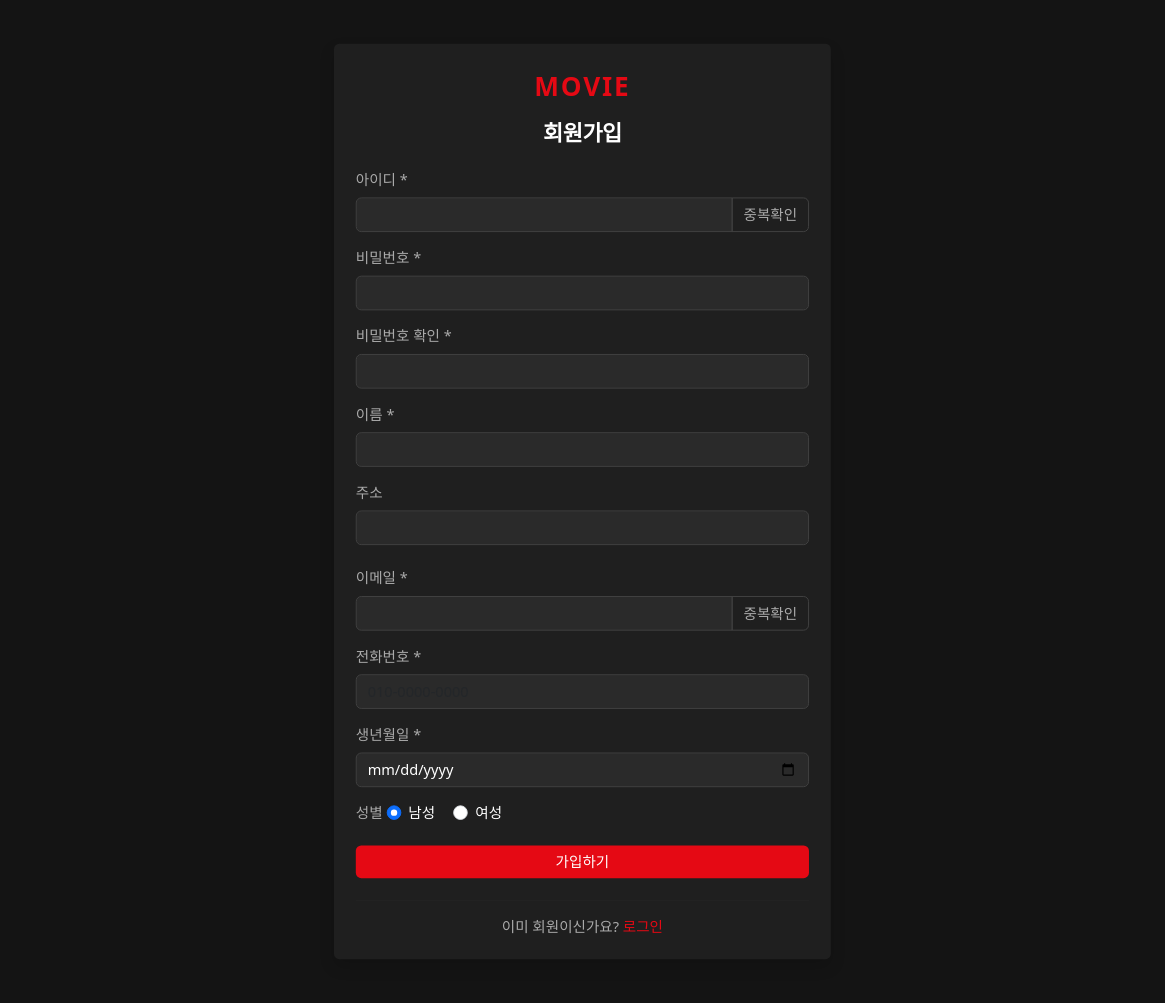
Repository: Se-Jong-Park/InsideReview
Page: http://localhost/moviejoin/WEB-INF/views/user/form.jsp
An editor plug-in stored every save of this project. The page is shown before and after the next save, followed by the edit.
The browser window is 1280 px wide. The pictures show the whole page, at 91% of full size.
The page is served by Tomcat 9. Nobody is signed in. Other server files are loaded and not shown. The template is opened directly, without the code that normally fills it, so the values that code supplies are empty.

Above is the page before, as saved 2026-03-19 02:08:41.

### moviejoin/src/main/webapp/WEB-INF/views/user/form.jsp
<%@ page language="java" contentType="text/html; charset=UTF-8" pageEncoding="UTF-8"%>
<%@ taglib prefix="c" uri="http://java.sun.com/jsp/jstl/core" %>
<!DOCTYPE html>
<html>
<head>
<!-- jquery cnd -->
 <script src="https://code.jquery.com/jquery-2.2.4.min.js" integrity="sha256-BbhdlvQf/xTY9gja0Dq3HiwQF8LaCRTXxZKRutelT44=" crossorigin="anonymous"></script>
<script src="//t1.daumcdn.net/mapjsapi/bundle/postcode/prod/postcode.v2.js"></script>
<meta charset="UTF-8">
<title>회원가입</title>
<link rel="stylesheet" href="https://cdn.jsdelivr.net/npm/bootstrap@5.3.0/dist/css/bootstrap.min.css">
<style>
    body {background-color:#141414; color: white; }
    .card {background-color: #1f1f1f; border: none;}
    .form-label{color: #aaa;}
    .form-check-label{color: white;}
    .form-control{
        background-color: #2a2a2a;
        border: 1px solid #444;
        color: white;
    }
    .form-control:focus {
        background-color: #2a2a2a;
        border-color: #E50914;
        color: white;
        box-shadow: none;
    }
    .form-label{color: #aaa;}
    .btn-netflix{
        background-color: #E50914;
        color: white;
        border: none;
    }
    .btn-netflix:hover{background-color: #b20710; color: white;} /* 오타 수정: backround -> background */
    .btn-outline-gray{
        background-color: transparent;
        border: 1px solid #444;
        color: #aaa;
    }
    .btn-outline-gray:hover{background-color: #2a2a2a; color: white;} /* 오타 수정: btn. -> .btn- */
    .logo{color: #E50914; font-size: 1.8rem; font-weight: bold; letter-spacing: 2px;}
    a{color: #E50914; text-decoration: none;}
    a:hover {color: #b20710;}
    small{color:#888;}
     	h4.text-center{
 		color: #ffffff !important;
 		font-weight: 700;
 		margin-top: 1px;
 		margin-bottom: 30px;
 		letter-spacing: -0.5px;
 	}
</style>
</head>
<body>

<div class="container py-5">
    <div class="row justify-content-center">
        <div class="col-md-6">
            <div class="card shadow p-4"> <div class="text-center mb-3">
                    <span class="logo">MOVIE</span>
                </div>
                <h4 class="text-center mb-4">회원가입</h4>

                <c:if test="${not empty msg}">
                    <div class="alert alert-danger">${msg}</div>
                </c:if>

                <form action="${pageContext.request.contextPath}/user/join" method="post"> <div class="mb-3">
                    <label class="form-label">아이디 *</label>
                    <div class="input-group">
                        <input type="text" name="uid" id="uid" class="form-control" maxlength="15" required>
                        <button type="button" class="btn btn-outline-gray" onclick="IdCheck()">중복확인</button>
                    </div>
                    <small id="idMsg"></small>
                </div>

                <div class="mb-3">
                    <label class="form-label">비밀번호 *</label>
                    <input type="password" name="upw" id="upw" class="form-control" required>
                </div>

                <div class="mb-3">
                    <label class="form-label">비밀번호 확인 *</label>
                    <input type="password" id="upwConfirm" class="form-control" required>
                </div>

                <div class="mb-3">
                    <label class="form-label">이름 *</label>
                    <input type="text" name="uname" class="form-control" maxlength="15" required>
                </div>
                <div class="mb-4">
                    <label class="form-label">주소</label>
                    <input type="text" name="uaddr" id="uaddr" class="form-control" onclick="searchAddr()" readonly> </div>
                <div class="mb-3">
                    <label class="form-label">이메일 *</label>
                    <div class="input-group">
                        <input type="email" name="umail" id="umail" class="form-control" maxlength="50" required>
                        <button type="button" class="btn btn-outline-gray" onclick="mailCheck()">중복확인</button> </div>
                    <small id="mailMsg"></small>
                </div>

                <div class="mb-3">
                    <label class="form-label">전화번호 *</label>
                    <input type="text" name="uphone" class="form-control" maxlength="13" placeholder="010-0000-0000" required>
                </div>
                <div class="mb-3">
                    <label class="form-label">생년월일 *</label>
                    <input type="date" name="ubirth" class="form-control" required>
                </div>
                <div class="mb-3">
                    <label class="form-label">성별</label>
                    <div class="form-check form-check-inline">
                        <input type="radio" name="ugender" value="M" class="form-check-input" id="male" checked>
                        <label class="form-check-label" for="male">남성</label>
                    </div>
                    <div class="form-check form-check-inline">
                        <input type="radio" name="ugender" value="F" class="form-check-input" id="female">
                        <label class="form-check-label" for="female">여성</label>
                    </div>
                </div>

                <div class="d-grid">
                    <button type="submit" class="btn btn-netflix" onclick="return validateForm()">가입하기</button>
                </div>
                </form>
                <hr style="border-color: #333;" class="mt-4">
                <p class="text-center mb-0" style="color: #aaa;">
                	이미 회원이신가요? <a href="/user/logForm">로그인</a>
                </p>
			</div>
        </div>
    </div>
</div>

<script>
function IdCheck() {
	var uid = document.getElementById('uid').value.trim();
	if(!uid){alert('아이디를 입력하세요.'); return;}
	fetch('/user/IdCheck?uid=' + encodeURIComponent(uid))
		.then(function(r) {return r.text();})
		.then(function(data) {
			var el = document.getElementById('idMsg');
			if(data === 'available'){
				el.style.color = '#5cb85c';
				el.innerText = '사용 가능한 아이디입니다.';
			}else{
				el.style.color = '#E50914';
				el.innerText = '이미 사용 중인 아이디입니다.';
			}
		});

}
function mailCheck() {
	var umail = document.getElementById('umail').value.trim();
	if(!umail) {alert('이메일을 입력하세요.'); return;}
	fetch('/user/mailCheck?umail=' + encodeURIComponent(umail))
		.then(function(r) {return r.text();})
		.then(function (data) {
			var el = document.getElementById('mailMsg');
			if(data === 'available'){
				el.style.color = '#5cb85c';
				el.innerText = '사용 가능한 이메일입니다.';
			}else{
				el.style.color = '#E50914';
				el.innerText = '이미 등록된 이메일입니다.';
			}
		});
}

function validateForm() {
	var upw = document.getElementById('upw').value;
	var confirm = document.getElementById('upwConfirm').value;
	if(upw !== confirm){
		alert('비밀번호가 일치하지 않습니다.');
		return false;
	}
	return true;
}
function searchAddr() {
	new daum.Postcode({
		oncomplete : function(data) {
			var addr = data.roadAddress;
			document.getElementById("uaddr").value = addr;
		}
	}).open();
}
</script>

</body>
</html>

After the next save:
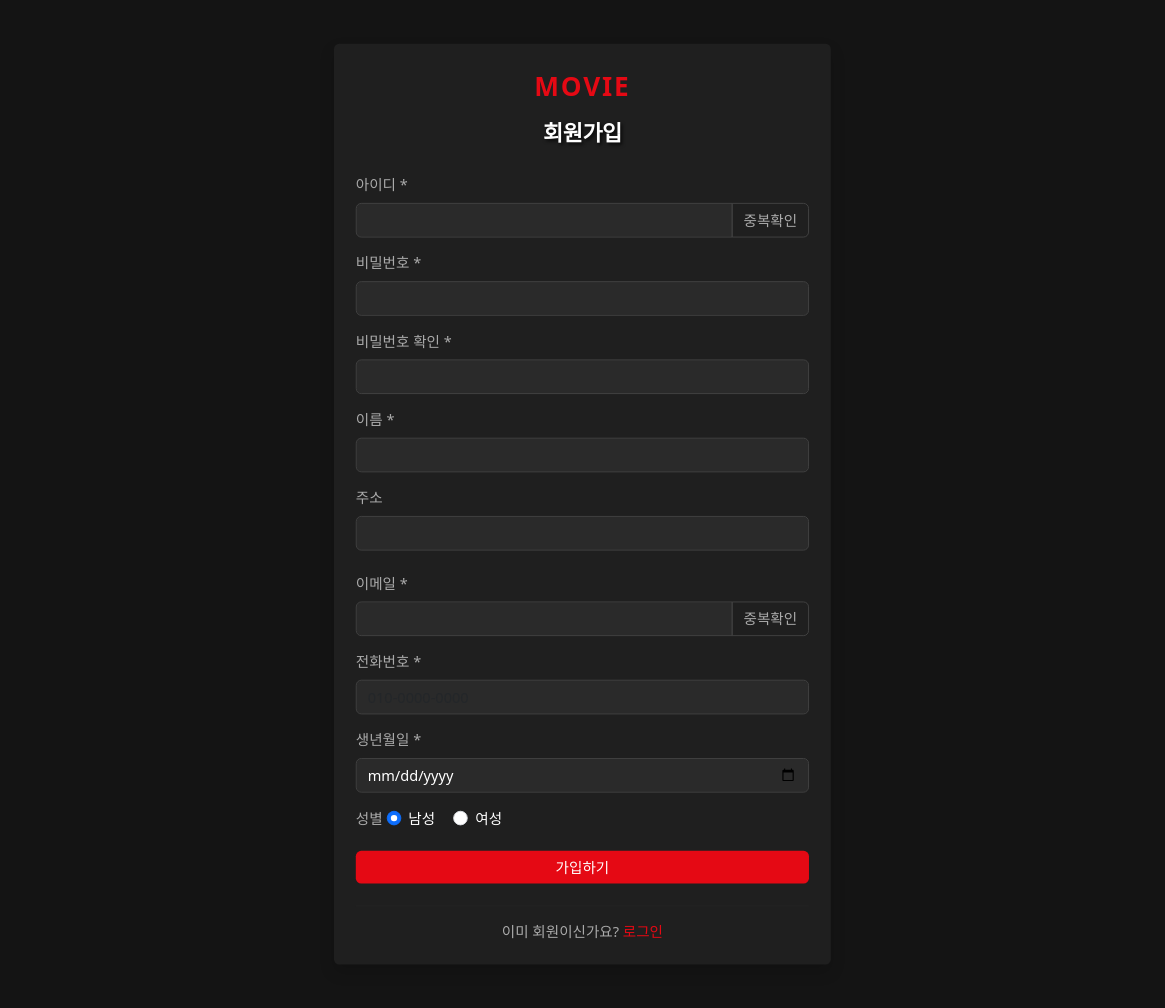
Saved 4 min 45 s later.
--- a/moviejoin/src/main/webapp/WEB-INF/views/user/form.jsp
+++ b/moviejoin/src/main/webapp/WEB-INF/views/user/form.jsp
@@ -44,9 +44,10 @@
     small{color:#888;}
      	h4.text-center{
  		color: #ffffff !important;
- 		font-weight: 700;
+ 		font-weight: 800;
+ 		text-shadow: 2px 2px 4px rgba(0,0,0,0.8);
  		margin-top: 1px;
- 		margin-bottom: 30px;
+ 		margin-bottom: 30px !important;
  		letter-spacing: -0.5px;
  	}
 </style>

After the 3 saves that followed:
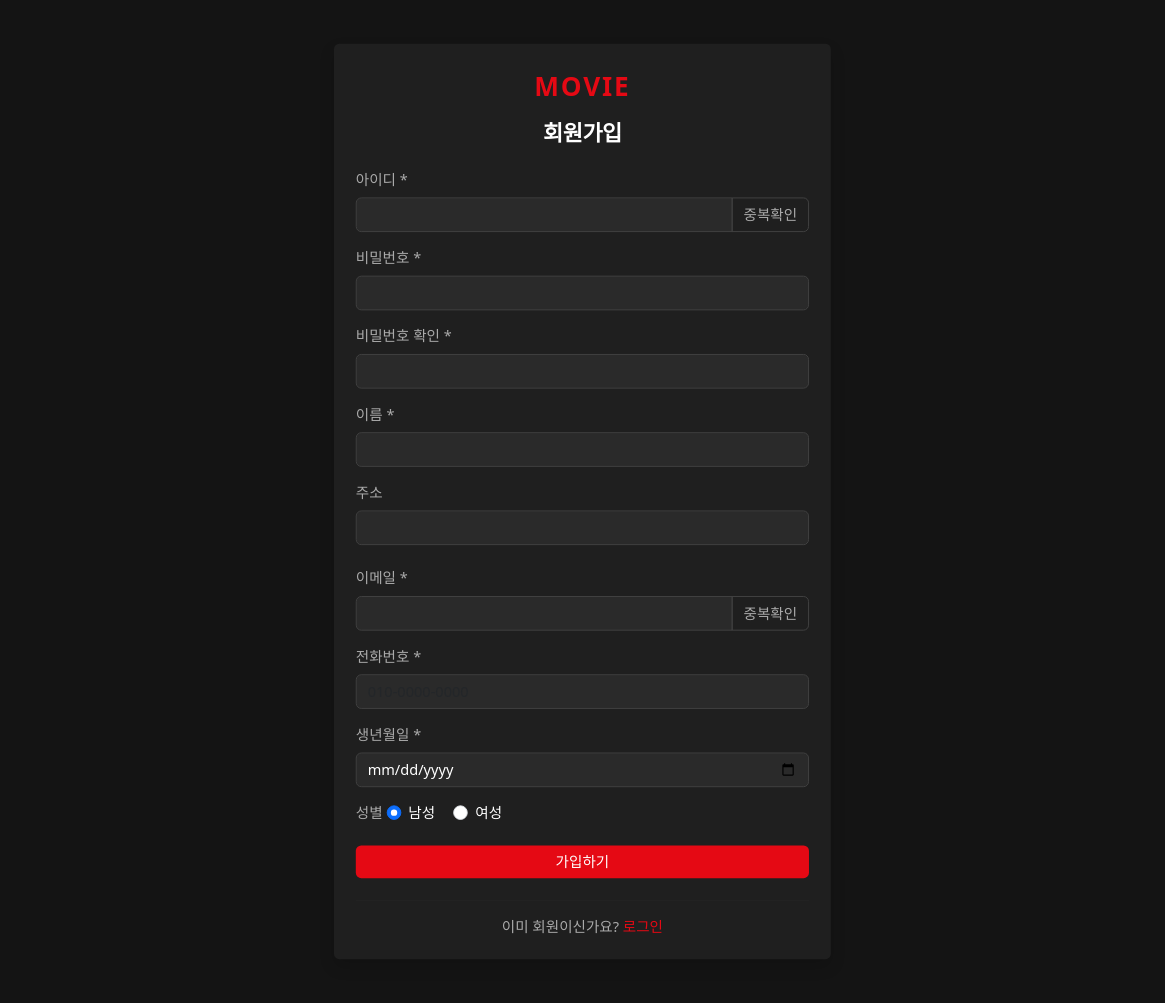
The 3 saves are shown as one change because 2 left the picture as it was.
The last was saved 113 s later.
--- a/moviejoin/src/main/webapp/WEB-INF/views/user/form.jsp
+++ b/moviejoin/src/main/webapp/WEB-INF/views/user/form.jsp
@@ -44,10 +44,9 @@
     small{color:#888;}
      	h4.text-center{
  		color: #ffffff !important;
- 		font-weight: 800;
- 		text-shadow: 2px 2px 4px rgba(0,0,0,0.8);
+ 		font-weight: 700;
  		margin-top: 1px;
- 		margin-bottom: 30px !important;
+ 		margin-bottom: 30px;
  		letter-spacing: -0.5px;
  	}
 </style>
